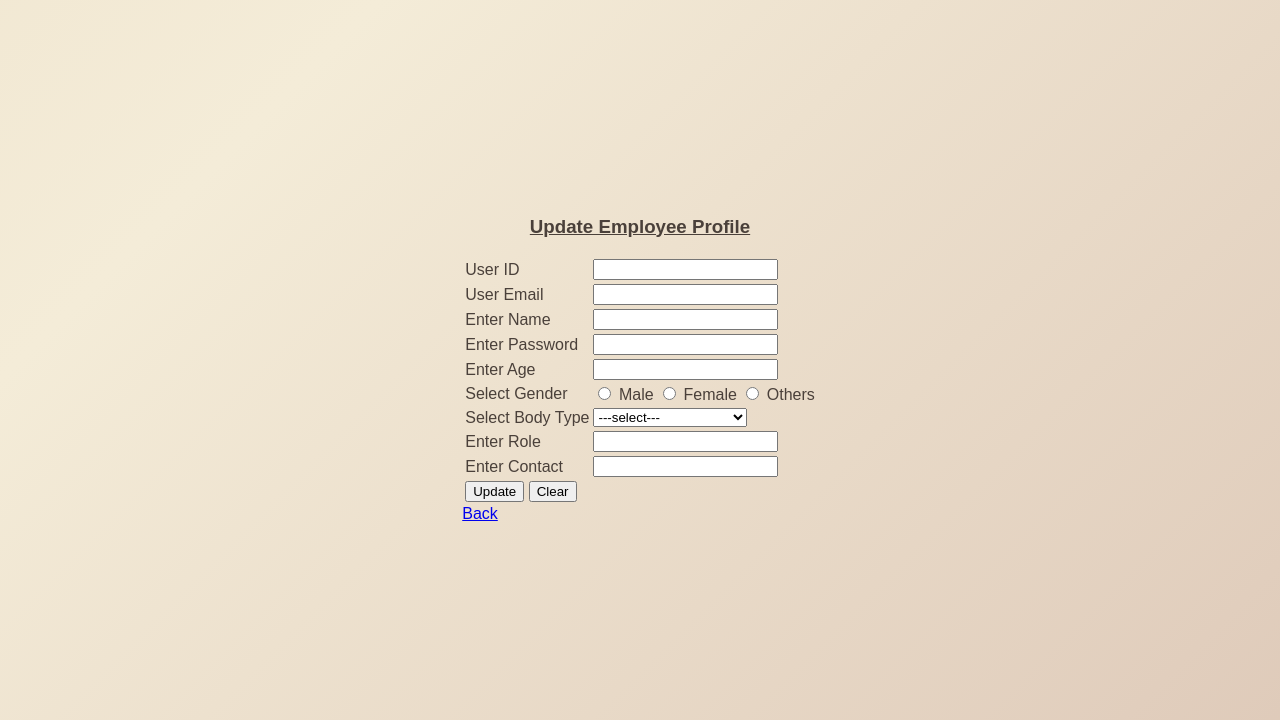
Repository: chaitanyasivathmika/NutrientDiet
Page: http://localhost/NutrientDiet/usersettings.jsp
An editor plug-in stored every save of this project. The page is shown before and after the next save, followed by the edit.
The browser window is 1280 px wide. The pictures show the whole page.
The page is served by Tomcat 10.

Above is the page before, as saved 2024-11-15 16:25:10.

After the next save:
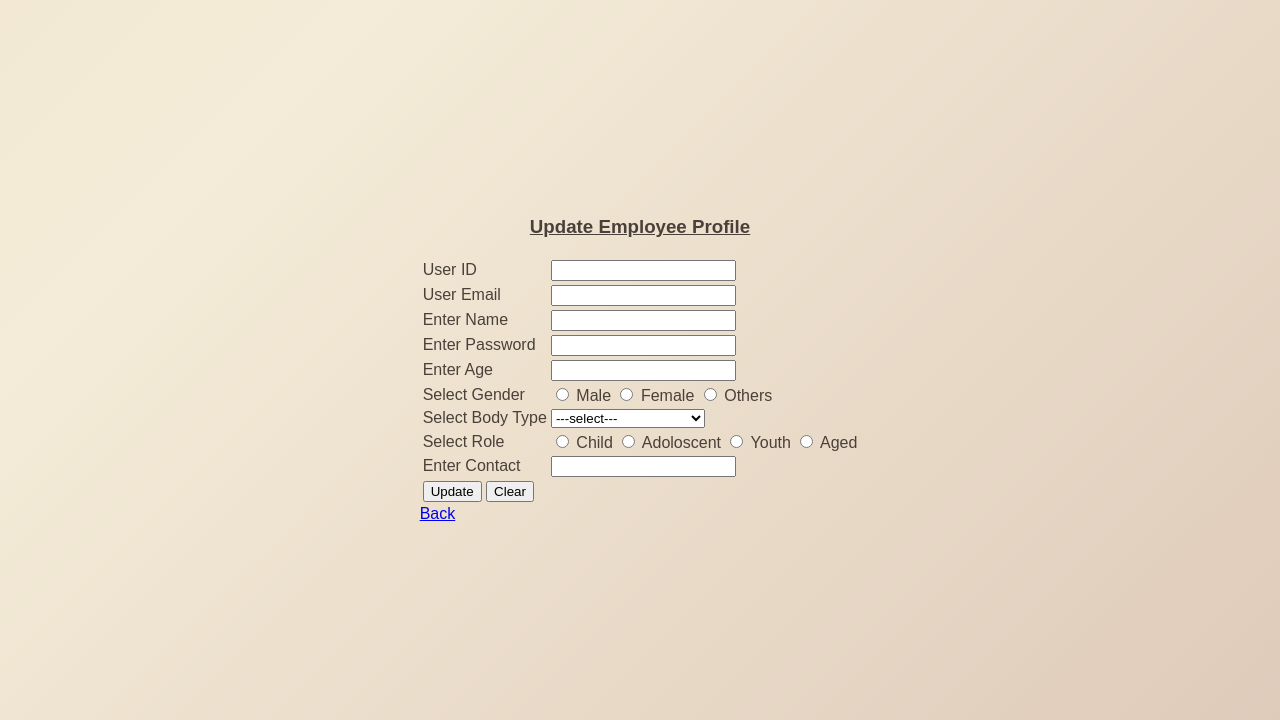
Saved 3 min 5 s later.
--- a/NutrientDiet/src/main/webapp/usersettings.jsp
+++ b/NutrientDiet/src/main/webapp/usersettings.jsp
@@ -159,8 +159,17 @@
 
 
                 <tr>
-                    <td><label for="urole">Enter Role</label></td>
-                    <td><input type="text" id="urole" name="urole"  <%-- value="<%= emp.getSalary() %>" --%> required/></td>
+                    <td><label>Select Role</label></td>
+                    <td>
+                        <input type="radio" id="child" name="urole" value="child"  required/>
+                        <label for="child">Child</label>
+                        <input type="radio" id="adoloscent" name="urole" value="adoloscent"   required/>
+                        <label for="adoloscent">Adoloscent</label>
+                        <input type="radio" id="youth" name="urole" value="youth"   required/>
+                        <label for="youth">Youth</label>
+                        <input type="radio" id="aged" name="aged" value="aged"   required/>
+                        <label for="aged">Aged</label>
+                    </td>
                 </tr>
                 <tr>
                     <td><label for="ucontact">Enter Contact</label></td>
